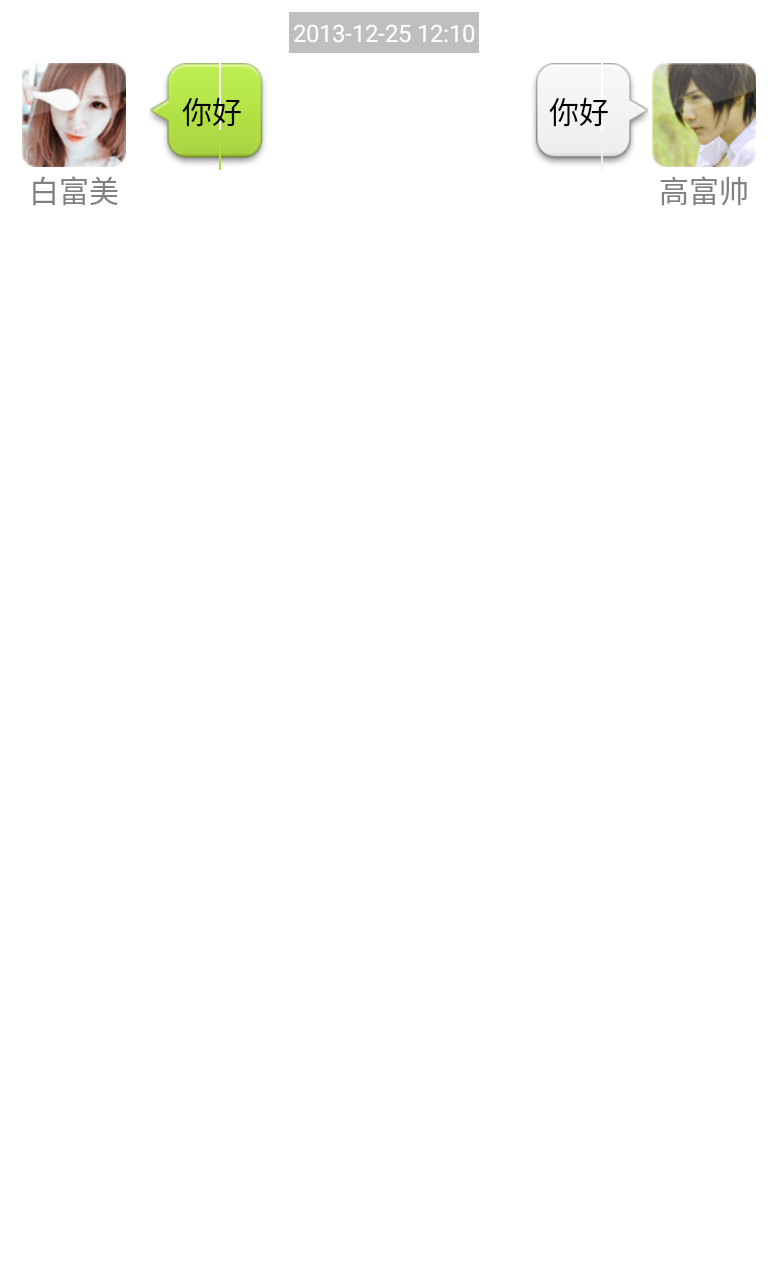
Repository: CiLiNet-Android/courseware
Layout: Android用户界面/TextView/SourceCodes/TextViewDemo/res/layout/activity_weixinchart.xml
The author's editor kept a copy of each file at every save. The layout is drawn from the files as they stood at one save, then again after the next save.
It is drawn on a 768 x 1280 px phone screen (xhdpi) without system bars, with theme AppTheme; the app's code is not run.

Above is the layout before, as saved 2013-12-24 08:13:41.

After the next save:
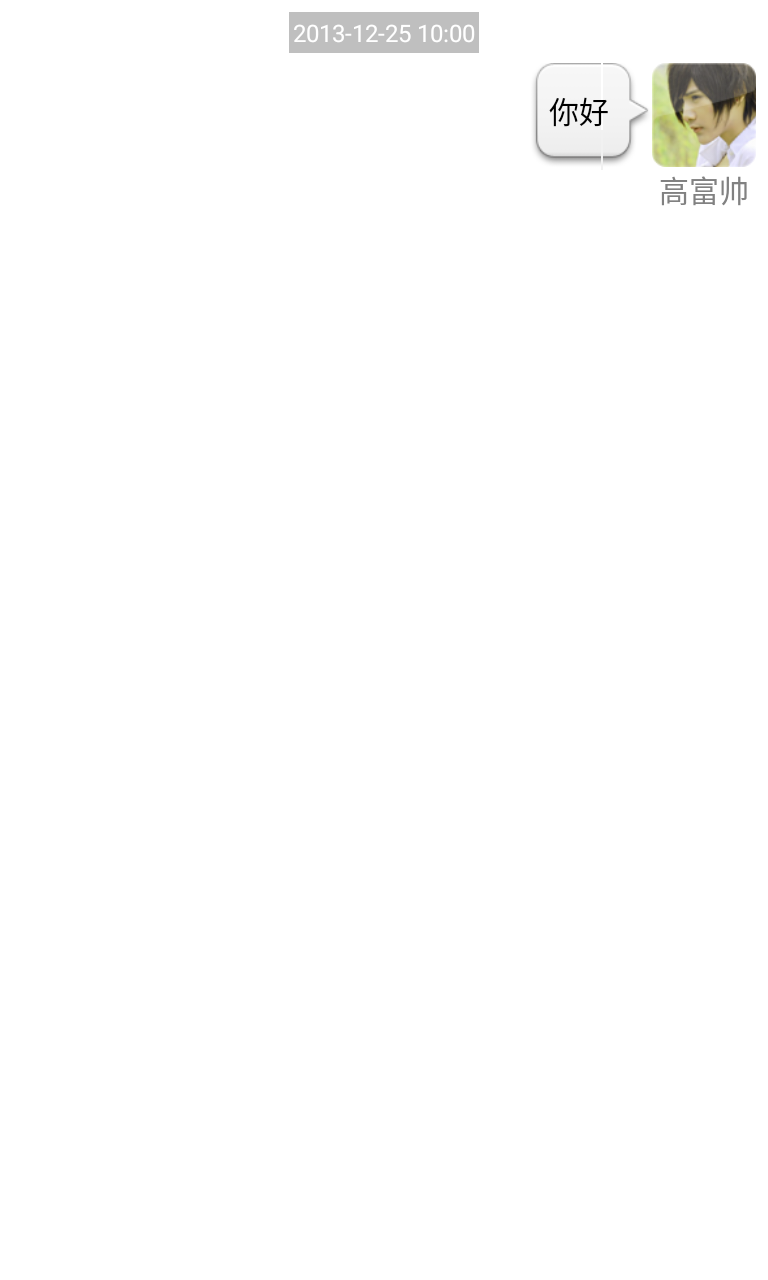
Saved 90 s later.
--- a/Android用户界面/TextView/SourceCodes/TextViewDemo/res/layout/activity_weixinchart.xml
+++ b/Android用户界面/TextView/SourceCodes/TextViewDemo/res/layout/activity_weixinchart.xml
@@ -1,5 +1,5 @@
 <?xml version="1.0" encoding="utf-8"?>
-<RelativeLayout xmlns:android="http://schemas.android.com/apk/res/android"
+<LinearLayout xmlns:android="http://schemas.android.com/apk/res/android"
     android:layout_width="match_parent"
     android:layout_height="match_parent">
 
@@ -10,6 +10,6 @@
     <include
         layout="@layout/include_weixinchart_left_item"
         android:id="@+id/lyot_leftItem"
-        android:layout_below="@id/lyot_rightItem"/>
+        android:="@id/lyot_rightItem"/>
 
-</RelativeLayout>
+</LinearLayout>
